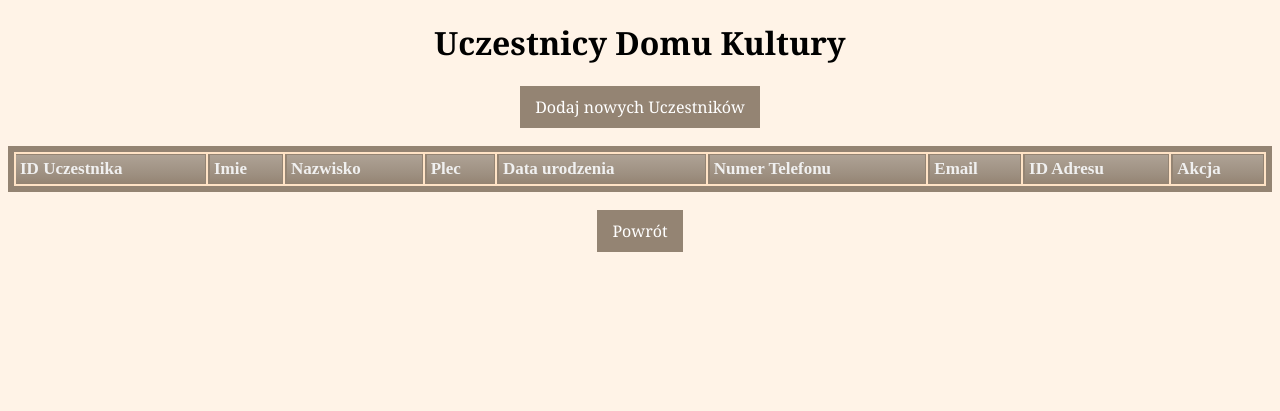
Repository: marcinRuta/houseOfCulture-crud-webapp-database
Page: http://localhost/uczestnicy
The author's editor kept a copy of each file at every save. The page is drawn from the files as they stood at one save, then again after the next save.
The browser window is 1280 px wide. The pictures show the whole page.
The page is this project's Thymeleaf template; nobody is signed in. The template is opened directly, without the code that normally fills it, so the values that code supplies are empty.

Above is the page before, as saved 2021-01-14 11:06:24.

### DomKultury/src/main/resources/templates/uczestnicy.html
<!DOCTYPE html>
<html xmlns="http://www.w3.org/1999/xhtml"
	xmlns:th="http://www.thymeleaf.org">
<head>
<link rel="stylesheet" th:href="@{tabele.css}" >
<meta charset="UTF-8">
<title>Aplikacja do obsługi Domu Kultury</title>

</head>
<body>

	<div align="center">
		<!--  Page header  -->
		<h1>Uczestnicy Domu Kultury</h1>


	<a href="/newU">Dodaj nowych Uczestników</a>
		<br/>
		<br/>

		<!-- Table -->
		<table class="cinereousTable">


			<!-- Entry to a new page -->





			<!-- Table header -->
			<thead>
				<tr>
					<th>ID Uczestnika</th>
					<th>Imie</th>
					<th>Nazwisko</th>
					<th>Plec</th>
					<th>Data urodzenia</th>
					<th>Numer Telefonu</th>
					<th>Email</th>

					<th>ID Adresu</th>
					<th>Akcja</th>
				</tr>
			</thead>

			<!-- Table body-->
			<tbody>
				<tr th:each="Uczestnicy : ${listUczestnicy}">
					<td th:text="${Uczestnicy.ID_Uczestnika}">ID_Uczestnika</td>
					<td th:text="${Uczestnicy.Imie}">Imie</td>
					<td th:text="${Uczestnicy.Nazwisko}">Nazwisko</td>
					<td th:text="${Uczestnicy.Plec}">Plec</td>
					<td th:text="${Uczestnicy.Data_urodzenia}">Data_urodzenia</td>
					<td th:text="${Uczestnicy.Numer_telefonu}">Numer_Telefonu</td>
					<td th:text="${Uczestnicy.Email}">Email</td>

					<td th:text="${Uczestnicy.ID_Adresu}">ID_Adresu</td>
					<td><a th:href="@{'/editU/' + ${Uczestnicy.ID_Uczestnika}}">Edit</a>
						&nbsp;&nbsp;&nbsp;&nbsp;
					<a th:href="@{'/deleteU/' +${Uczestnicy.ID_Uczestnika}}">Delete</a></td>


				</tr>
			</tbody>
		</table>
			<br/>
		<!-- EXIT -->
		<a href="/tables">Powrót</a>

	</div>
</body>
</html>

### DomKultury/src/main/resources/static/tabele.css

table.cinereousTable {
  border: 6px solid #948473;
  background-color: #FFE3C6;
  width: 100%;
  text-align: center;
}
table.cinereousTable td, table.cinereousTable th {
  border: 1px solid #948473;
  padding: 4px 4px;
}
table.cinereousTable tbody td {
  font-size: 13px;
}
table.cinereousTable thead {
  background: #948473;
  background: -moz-linear-gradient(top, #afa396 0%, #9e9081 66%, #948473 100%);
  background: -webkit-linear-gradient(top, #afa396 0%, #9e9081 66%, #948473 100%);
  background: linear-gradient(to bottom, #afa396 0%, #9e9081 66%, #948473 100%);
}
table.cinereousTable thead th {
  font-size: 17px;
  font-weight: bold;
  color: #F0F0F0;
  text-align: left;
  border-left: 2px solid #948473;
}
table.cinereousTable thead th:first-child {
  border-left: none;
}

table.cinereousTable tfoot td {
  font-size: 16px;
}

body {
  background-color: #FFF3E7;
}
h1 {
  color: black;
  font-family: Georgia, serif;
}
p {
  color: black;
}
a:link, a:visited {
  background-color: #948473;
  color: white;
  padding: 10px 15px;
  text-align: center;
  text-decoration: none;
  display: inline-block;
  font-family: Georgia, serif;
}

a:hover, a:active {
  background-color: 948473;
}

After the next save:
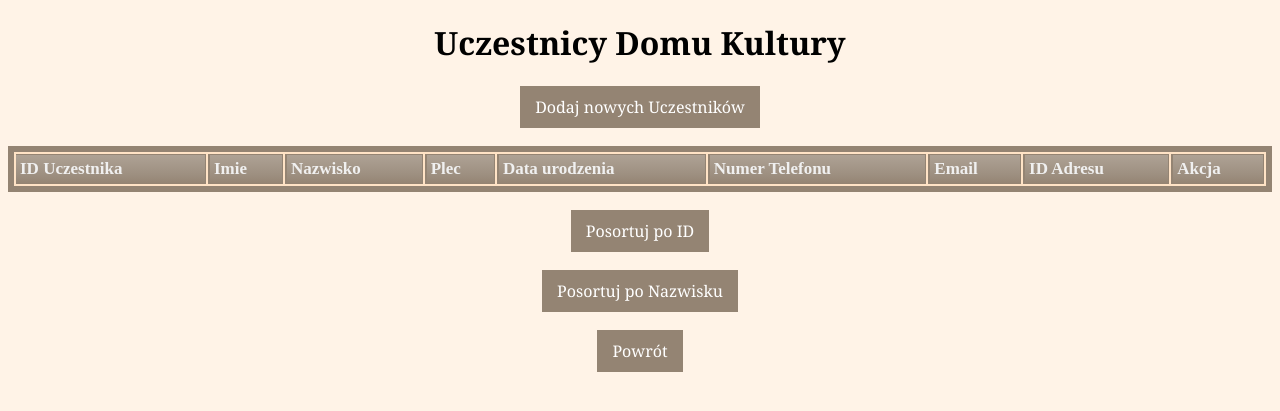
Saved 108 s later.
--- a/DomKultury/src/main/resources/templates/uczestnicy.html
+++ b/DomKultury/src/main/resources/templates/uczestnicy.html
@@ -64,6 +64,10 @@
 				</tr>
 			</tbody>
 		</table>
+				<br/>
+		<a th:href="@{/U}">Posortuj po ID</a> <br/> <br/>
+		<a th:href="@{/RefreshUNazw}">Posortuj po Nazwisku</a>
+		<br/>
 			<br/>
 		<!-- EXIT -->
 		<a href="/tables">Powrót</a>
